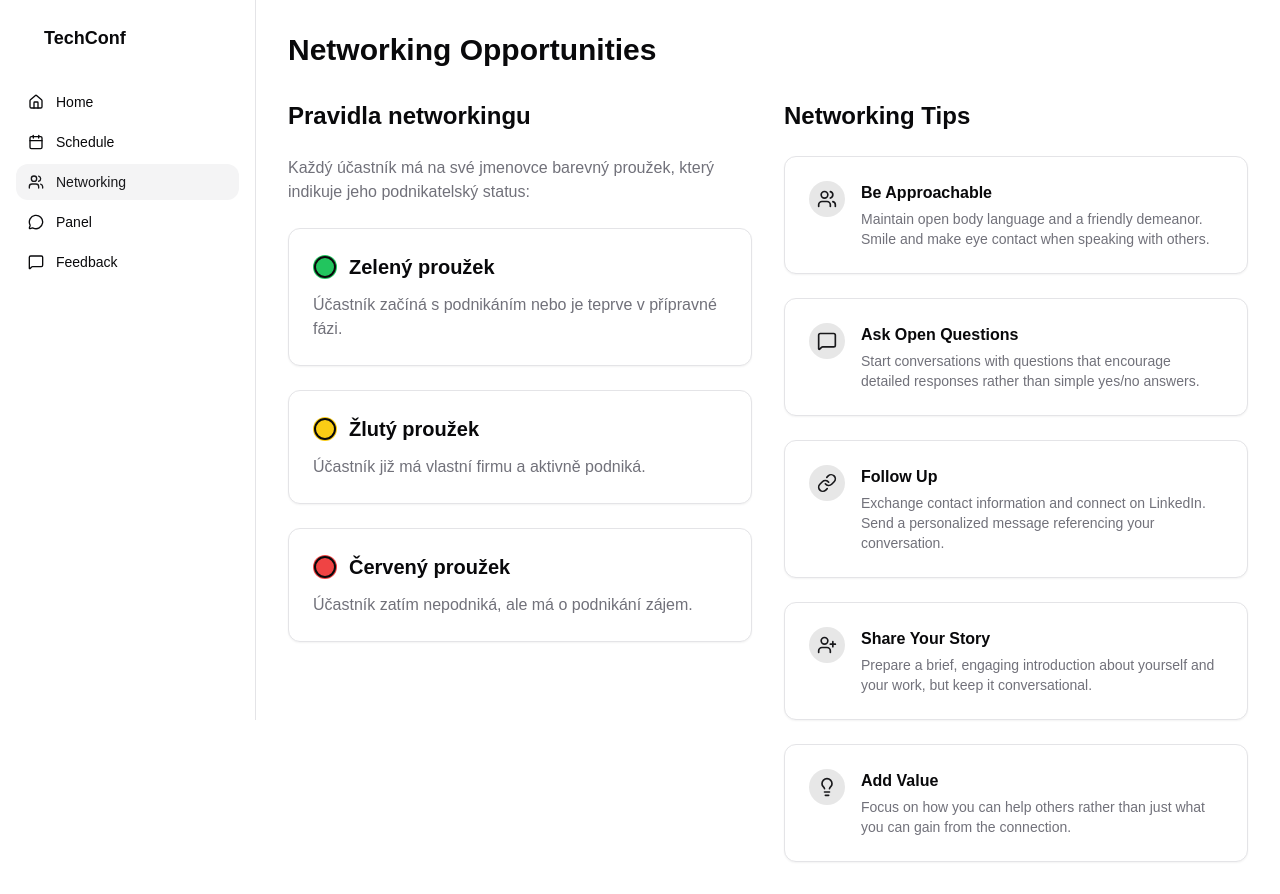
Repository: mrnavdal/symposium-2024
Page: /networking (app in symposium24/)
The author's editor kept a copy of each file at every save. The page is drawn from the files as they stood at one save, then again after the next save.
The browser window is 1280 px wide. The pictures show the whole page.
The project was rebuilt for these pictures with package versions that can differ from the ones it lists, and the page was loaded fresh each time. The framework's server and built-in components were replaced by stand-ins that run in the browser. Also part of the build but not shown: symposium24/next.config.ts, symposium24/src/styles/calendar.css.

Above is the page before, as saved 2024-11-08 14:29:27.

After the next save:
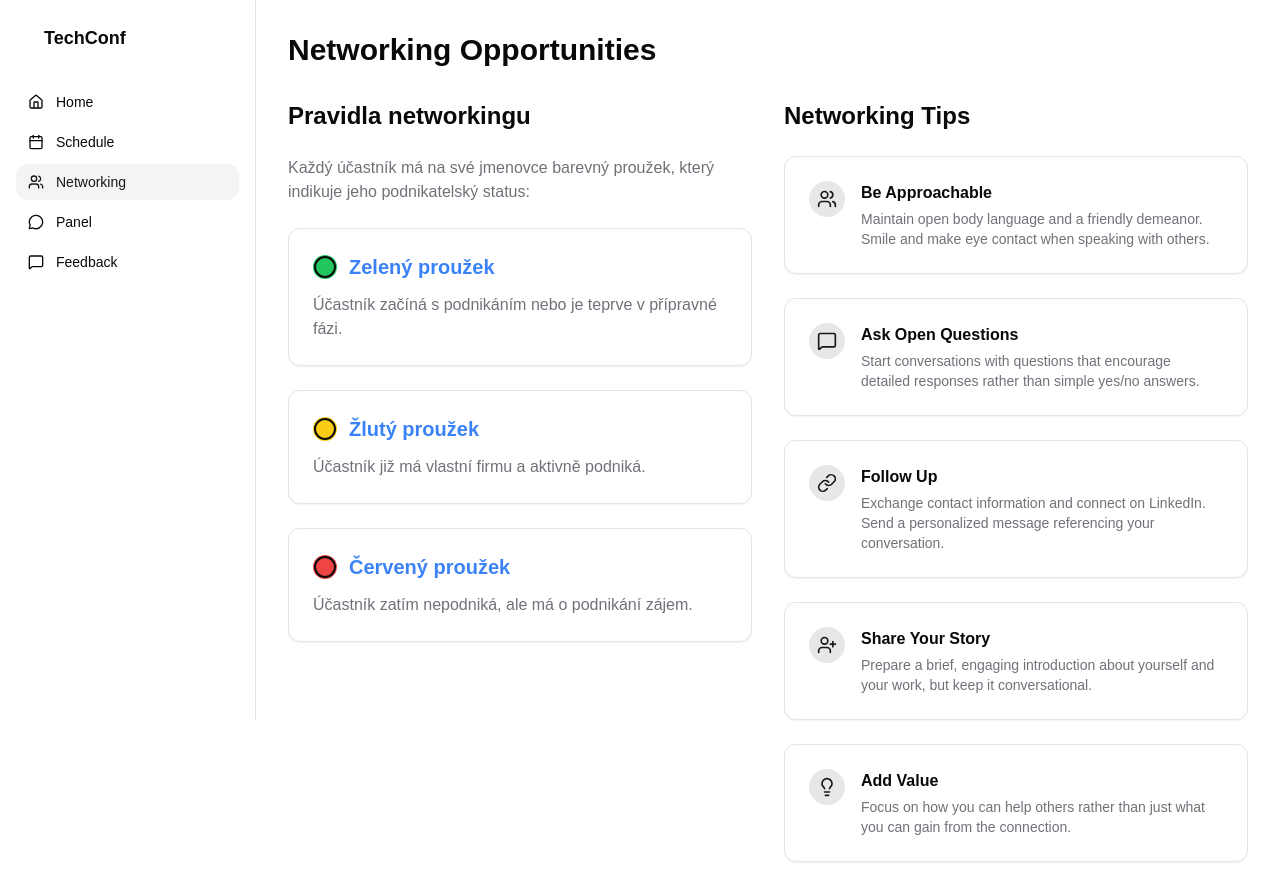
Saved 20 s later.
--- a/symposium24/src/components/NetworkingEvents.tsx
+++ b/symposium24/src/components/NetworkingEvents.tsx
@@ -50,7 +50,7 @@
         >
           <div className="flex items-center gap-3 mb-3">
             <Circle className={`h-6 w-6 ${rule.color} rounded-full`} />
-            <h3 className="text-xl dark:leading-text leading-text font-semibold">{rule.title}</h3>
+            <h3 className="text-xl text-blue-500 dark:text-blue-300 leading-text font-semibold">{rule.title}</h3>
           </div>
           <p className="text-muted-foreground">{rule.description}</p>
         </AnimatedCard>

After the 2 saves that followed:
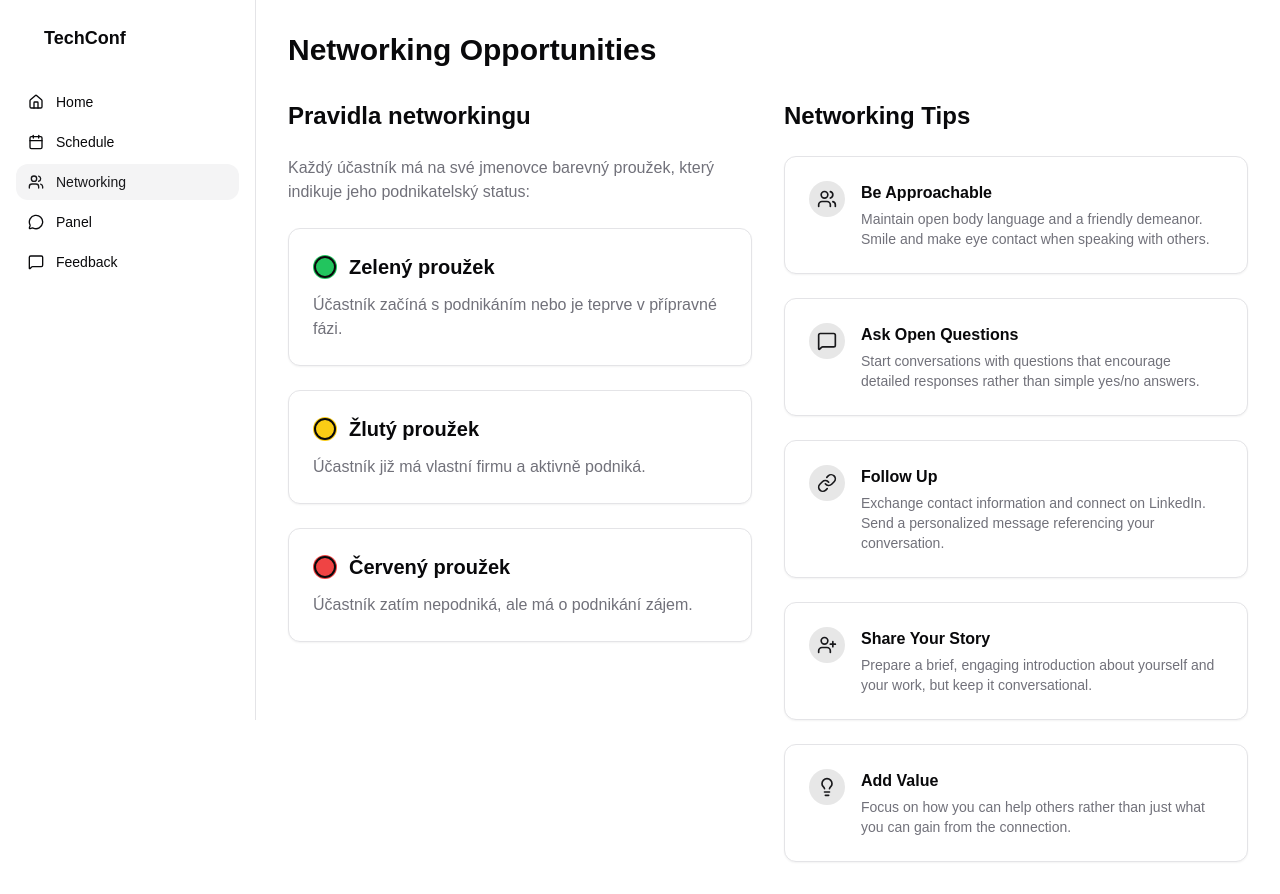
The 2 saves are shown as one change because they came seconds apart.
The last was saved 14 s later.
--- a/symposium24/src/components/NetworkingEvents.tsx
+++ b/symposium24/src/components/NetworkingEvents.tsx
@@ -50,7 +50,7 @@
         >
           <div className="flex items-center gap-3 mb-3">
             <Circle className={`h-6 w-6 ${rule.color} rounded-full`} />
-            <h3 className="text-xl text-blue-500 dark:text-blue-300 leading-text font-semibold">{rule.title}</h3>
+            <h3 className="text-xl leading-text dark:leading-text leading-text font-semibold">{rule.title}</h3>
           </div>
           <p className="text-muted-foreground">{rule.description}</p>
         </AnimatedCard>
